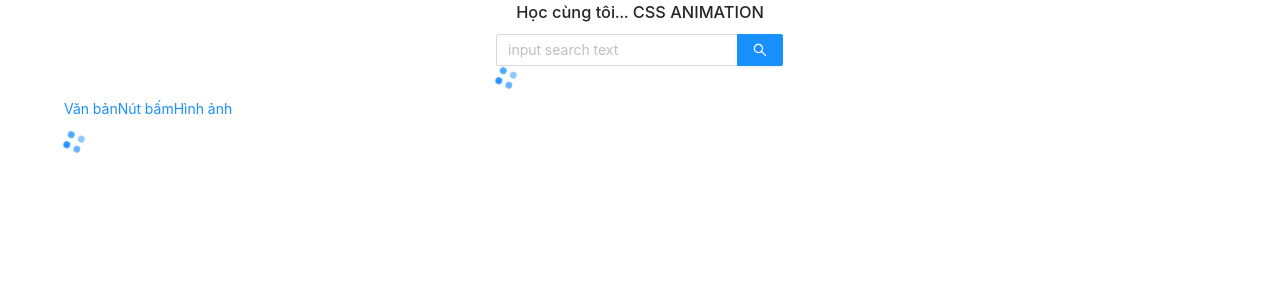
Repository: phuchoa2001/cssanimationNextjs
Page: /
An editor plug-in stored every save of this project. The page is shown before and after a run of saves, followed by the edit.
The browser window is 1280 px wide. The pictures show the whole page.
The page's requests for data from a server got no answer. The project was rebuilt for these pictures with package versions that can differ from the ones it lists, and the page was loaded fresh each time. The framework's server and built-in components were replaced by stand-ins that run in the browser. No one was signed in, and anything a server would have sent is missing. Also part of the build but not shown: next.config.js, components/Item/Item.jsx.

Above is the page before, as saved 2022-09-15 16:17:35.

### pages/_app.js
import '../styles/globals.css'
import 'antd/dist/antd.css';


function MyApp({ Component, pageProps }) {
  return <Component {...pageProps} />
}

export default MyApp

### pages/index.js
import { Spin } from "antd";
import Link from "next/link";
import { Pagination } from 'antd';
import { useEffect, useState } from "react";

import Item from "../components/Item/Item";
import Search from "../components/Search/Search";
import ListCategory from "../components/Category/ListCategory";

export default function Home() {
  const [list, setList] = useState([]);
  const [page, setPage] = useState(1);
  const [meta, setMeta] = useState({});
  const [isloading, setIsloading] = useState(false);
  useEffect(() => {
    setIsloading(true)
    async function fetchApi() {
      const res = await fetch(`http://localhost:3001/css/app?page_size=10&page=${page}`);
      const apps = await res.json();
      setIsloading(false)
      setList(apps.data)
      setMeta(apps.meta)
    }
    fetchApi();
    // eslint-disable-next-line react-hooks/exhaustive-deps
  }, [page])
  const handleChange = (value) => {
    setPage(value);
  }
  return (
    <div className="App" id="app">
      <div className='wrapper' >
        <div className="header">
          <h3 className='text'>Học cùng tôi... CSS ANIMATION</h3>
          <div className="sidebar">
            <Search />
            {!isloading ?
              <div className="page">
                <Pagination simple current={meta.current_page} total={meta.total} onChange={handleChange} />
              </div> : <Spin />
            }
          </div>
        </div>
        <div className='listLink'>
          <Link href="#text" className='link'>Văn bản</Link>
          <Link href="#button" className='link'>Nút bấm</Link>
          <Link href="#image" className='link'>Hình ảnh</Link>
        </div>
        <ListCategory />
        {!isloading ?
          <div className="list">
            {list.map((app) =>
              <Item key={app["_id"]} {...app} />
            )}
          </div> : <Spin />}
      </div>
    </div>
  );
}

### styles/globals.css
html {
  scroll-behavior: smooth;
}
body {
  font-family: sans-serif;
}
.wrapper {
  width: 90%;
  margin: 0 auto;
}
.list {
  display: grid;
  grid-template-columns: repeat(2, 1fr);
  gap: 8px;
}
.components {
  border: 1px solid #333;
  height: 300px;
}
.text {
  text-align: center;
}
.header {
  display: flex;
  width: 100%;
  justify-content: center;
  flex-direction: column;
  align-items: center;
}
.listLink {
  margin: 10px 0px;
}
.link {
  color: #333;
  margin: 0px 5px;
}
.page {
  margin-top: 10px;
}
@media only screen and (max-width: 1023px) {
  .list {
    grid-template-columns: repeat(1, 1fr);
    gap: 8px;
  }
}

### components/Search/Search.jsx
import React from "react";
import styled from "styled-components";
import { Input, Space } from "antd";

const SearchStyles = styled.div``;
const { Search } = Input;
function SearchComponent(props) {
  const handleSearch = (value) => {
    console.log("value", value);
  };
  return (
    <SearchStyles>
      <Search
        placeholder="input search text"
        onSearch={handleSearch}
        enterButton
      />
    </SearchStyles>
  );
}

export default SearchComponent;

### components/Category/ListCategory.jsx
import React from "react";

import styled from "styled-components";

const CategoryStyle = styled.div`
  margin: 10px 0px;
`;
function ListCategory() {
  return <CategoryStyle>
    <div className="box">
      <h3></h3>
    </div>
  </CategoryStyle>;
}

export default ListCategory;

After the next 2 saves:
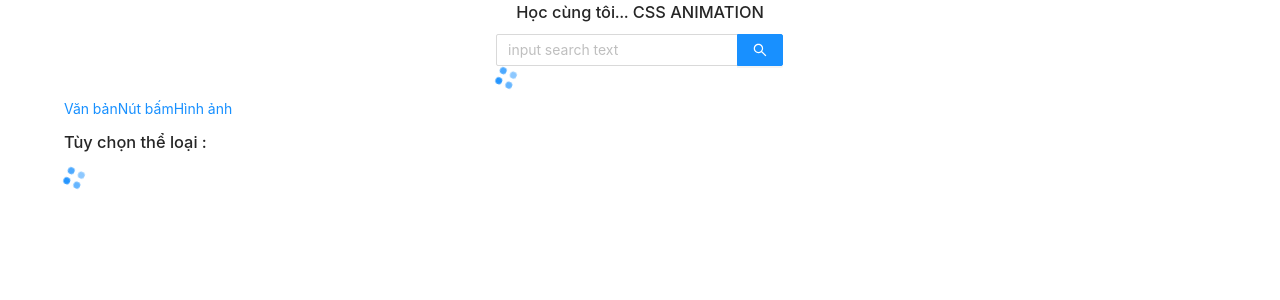
The 2 saves are shown as one change because they came seconds apart.
The last was saved 23 s later.
--- a/components/Category/ListCategory.jsx
+++ b/components/Category/ListCategory.jsx
@@ -8,7 +8,7 @@ const CategoryStyle = styled.div`
 function ListCategory() {
   return <CategoryStyle>
     <div className="box">
-      <h3></h3>
+      <h3>Tùy chọn thể loại : </h3>
     </div>
   </CategoryStyle>;
 }
